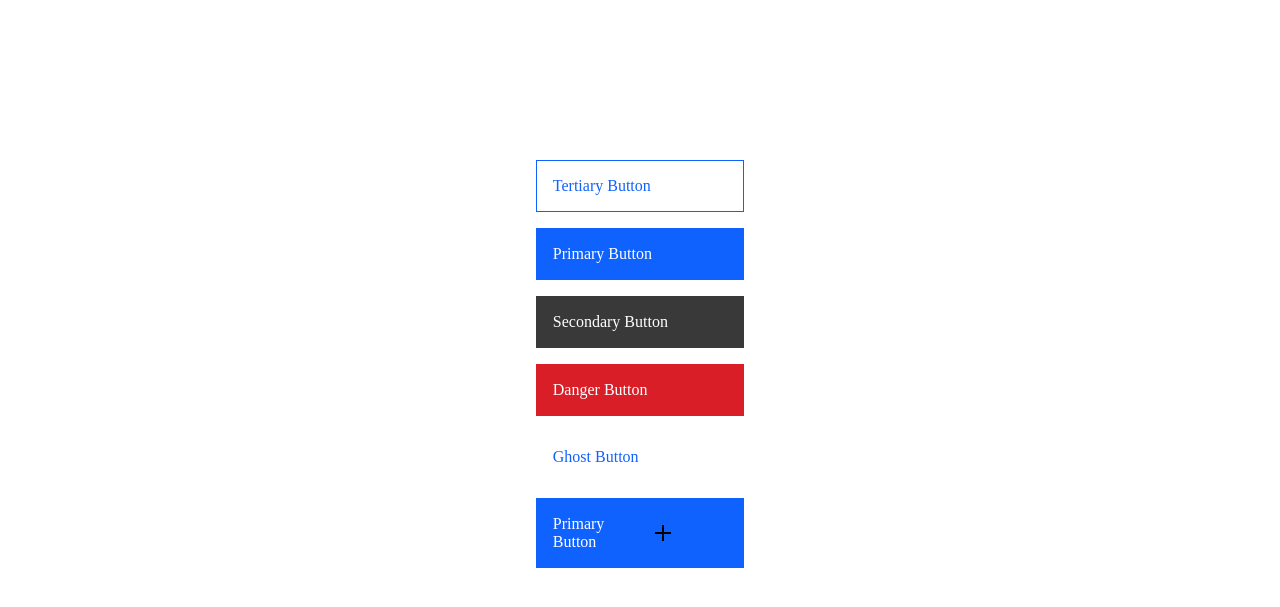
Repository: prav10194/ibm-carbon-components-vanilla
Page: buttons/index.html
An editor plug-in stored every save of this project. The page is shown before and after a run of saves, followed by the edit.
The browser window is 1280 px wide. The pictures show the whole page.
Some web fonts or font styles are not loaded; a fallback is used.

Above is the page before, as saved 2020-11-12 20:04:52.

After the next 2 saves:
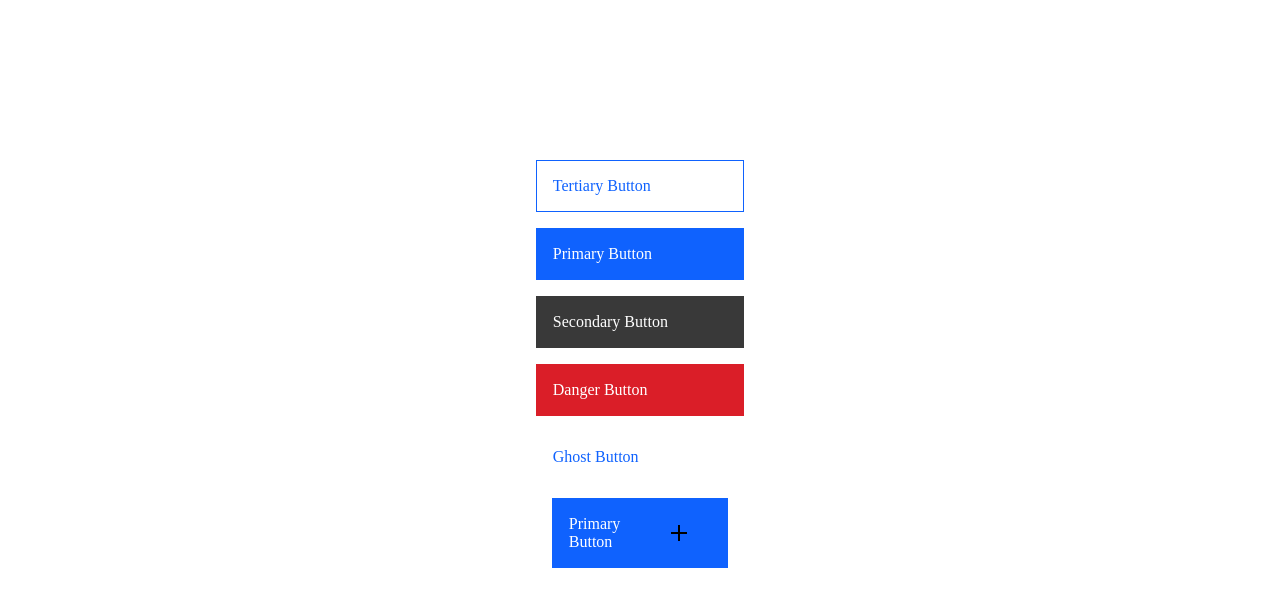
The 2 saves are shown as one change because they came seconds apart.
The last was saved 3 min 46 s later.
--- a/buttons/index.css
+++ b/buttons/index.css
@@ -81,7 +81,7 @@
     border: 1px solid #0f62fe;
     background-color: #0f62fe;
     color: white;
-    padding: 1rem 4rem 1rem 1rem;
+    padding: 1rem 2rem 1rem 1rem;
     width: 10%;
     font-family: IBM Plex Sans;
 }
